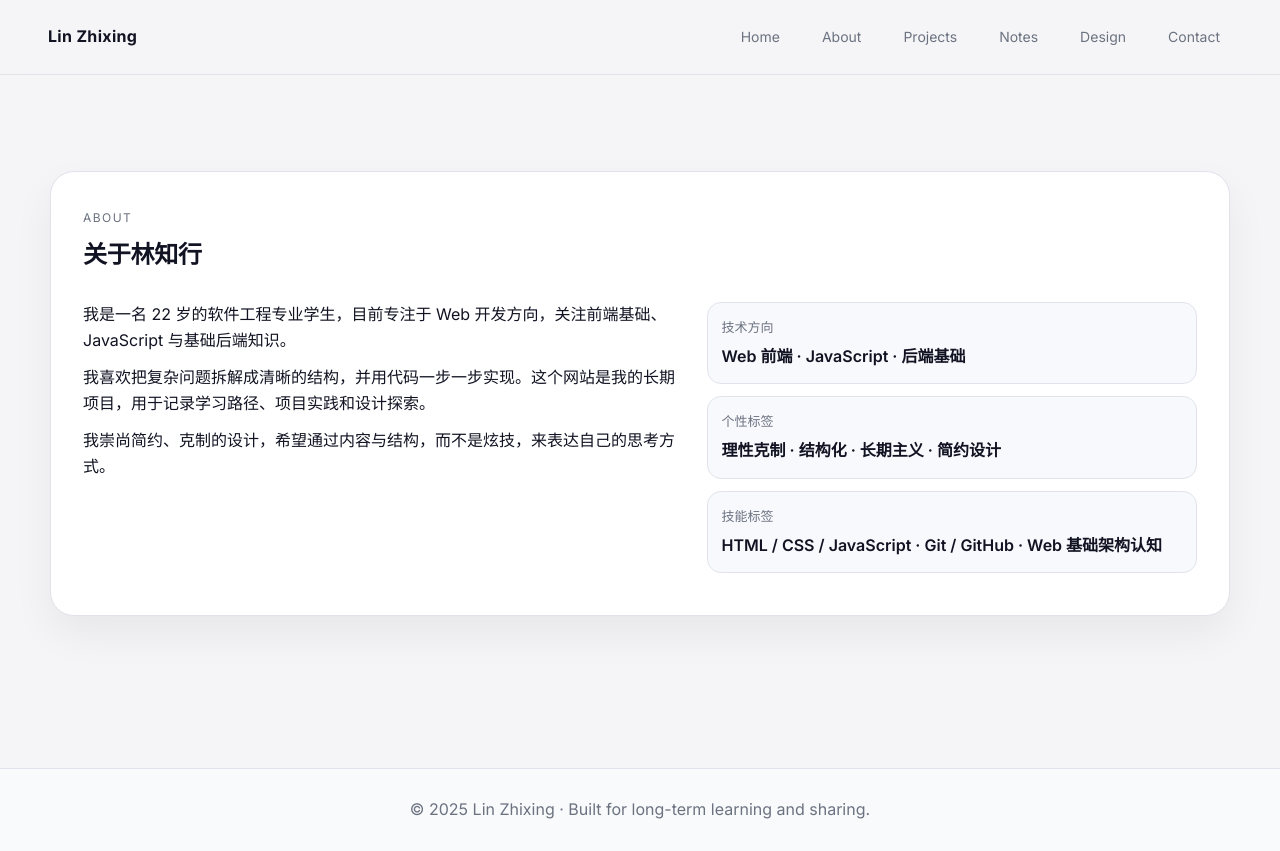
Repository: Superman1693/oneself
Page: about.html
These files come from the project's save history. The page is drawn as it stood at one moment and after the next save; the edit follows.
The browser window is 1280 px wide. The pictures show the whole page.

Above is the page before, as saved 2025-12-16 20:35:24.

After the next save:
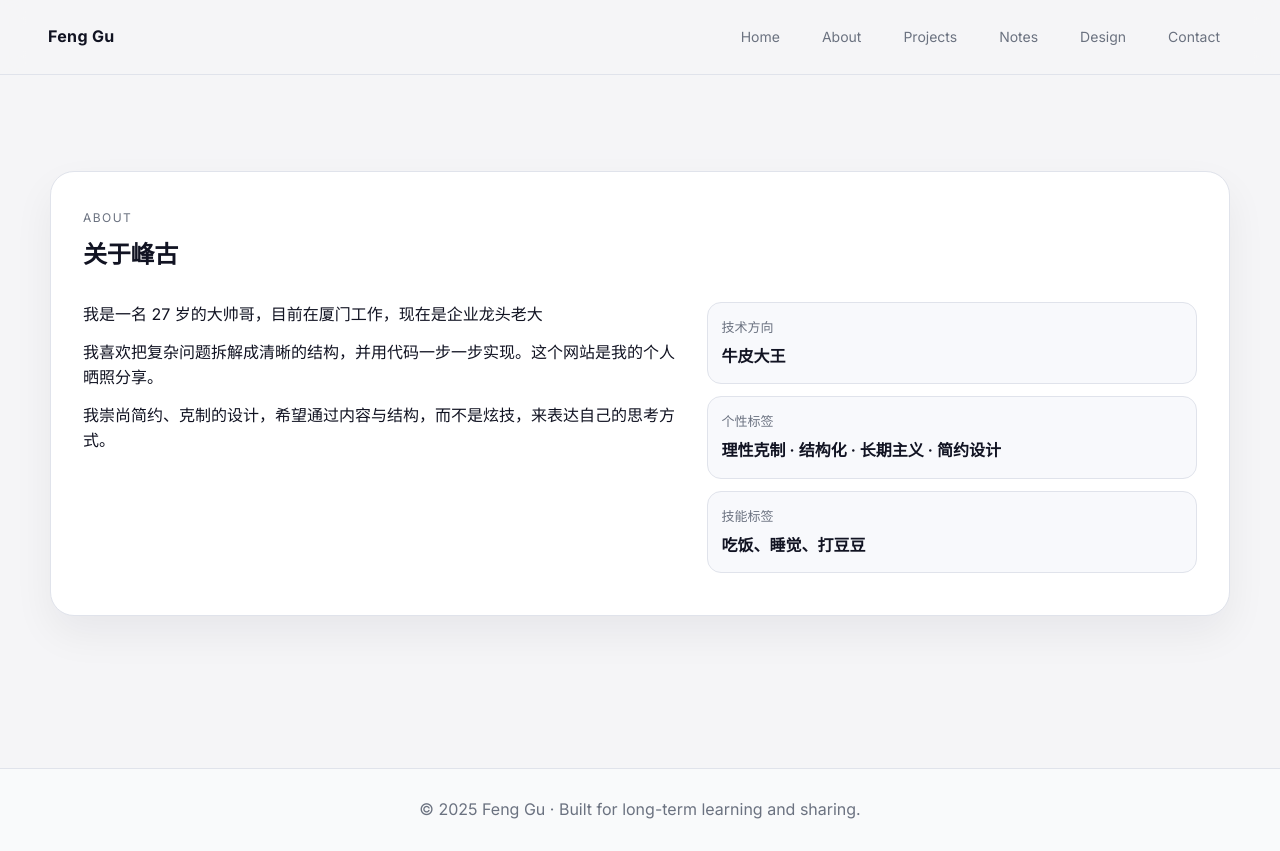
Saved 4 s later.
--- a/about.html
+++ b/about.html
@@ -3,7 +3,7 @@
 <head>
   <meta charset="UTF-8">
   <meta name="viewport" content="width=device-width, initial-scale=1.0">
-  <title>About · 林知行</title>
+  <title>About · 峰古</title>
   <link rel="preconnect" href="https://fonts.googleapis.com">
   <link rel="preconnect" href="https://fonts.gstatic.com" crossorigin>
   <link href="https://fonts.googleapis.com/css2?family=Inter:wght@400;500;600;700&display=swap" rel="stylesheet">
@@ -11,7 +11,7 @@
 </head>
 <body>
   <header class="site-header">
-    <div class="logo">Lin Zhixing</div>
+    <div class="logo">Feng Gu</div>
     <nav class="nav">
       <a href="index.html">Home</a>
       <a href="about.html">About</a>
@@ -26,18 +26,18 @@
     <section class="section alt">
       <div class="section-header">
         <p class="eyebrow">About</p>
-        <h2>关于林知行</h2>
+        <h2>关于峰古</h2>
       </div>
       <div class="about-grid">
         <div class="about-text">
-          <p>我是一名 22 岁的软件工程专业学生，目前专注于 Web 开发方向，关注前端基础、JavaScript 与基础后端知识。</p>
-          <p>我喜欢把复杂问题拆解成清晰的结构，并用代码一步一步实现。这个网站是我的长期项目，用于记录学习路径、项目实践和设计探索。</p>
+          <p>我是一名 27 岁的大帅哥，目前在厦门工作，现在是企业龙头老大</p>
+          <p>我喜欢把复杂问题拆解成清晰的结构，并用代码一步一步实现。这个网站是我的个人晒照分享。</p>
           <p>我崇尚简约、克制的设计，希望通过内容与结构，而不是炫技，来表达自己的思考方式。</p>
         </div>
         <div class="about-cards">
           <div class="stat-card">
             <p class="label">技术方向</p>
-            <p class="value">Web 前端 · JavaScript · 后端基础</p>
+            <p class="value">牛皮大王</p>
           </div>
           <div class="stat-card">
             <p class="label">个性标签</p>
@@ -45,7 +45,7 @@
           </div>
           <div class="stat-card">
             <p class="label">技能标签</p>
-            <p class="value">HTML / CSS / JavaScript · Git / GitHub · Web 基础架构认知</p>
+            <p class="value">吃饭、睡觉、打豆豆</p>
           </div>
         </div>
       </div>
@@ -53,7 +53,7 @@
   </main>
 
   <footer class="site-footer">
-    <p>© 2025 Lin Zhixing · Built for long-term learning and sharing.</p>
+    <p>© 2025 Feng Gu · Built for long-term learning and sharing.</p>
   </footer>
 </body>
 </html>
